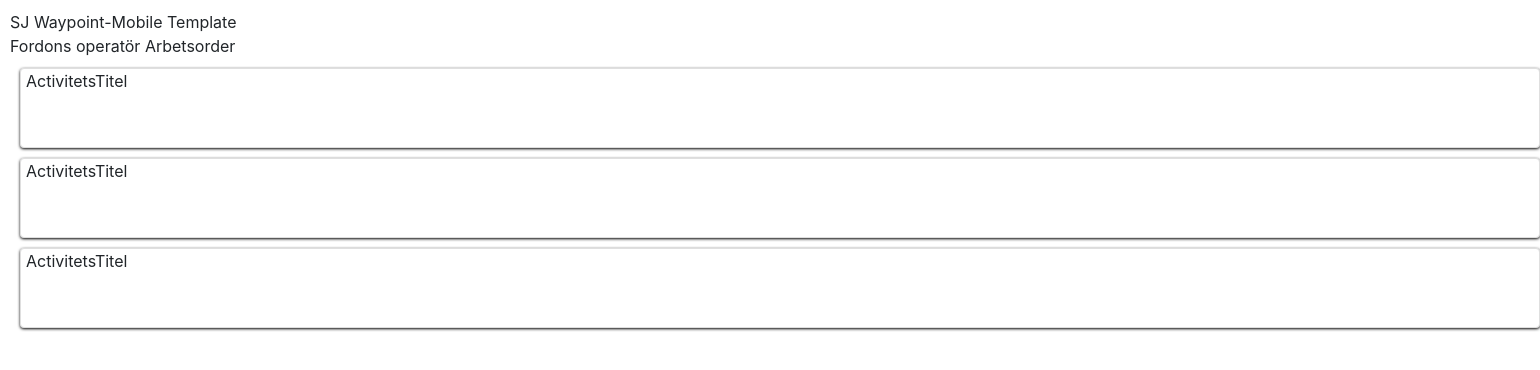
Repository: AdrianaLarsson/yarn-next-typescript
Page: /
These files come from the project's save history. The page is drawn as it stood at one moment and after a run of saves; the edit follows.
The browser window is 1280 px wide. The page is 1540 px wide, then 1280 px, so the pictures cover 1540 px, including what lies to the right of the window. The pictures show the whole page.
The project was rebuilt for these pictures with package versions that can differ from the ones it lists, and the page was loaded fresh each time. The framework's server and built-in components were replaced by stand-ins that run in the browser.

Above is the page before, as saved 2021-02-28 11:46:53.

After the next 5 saves:
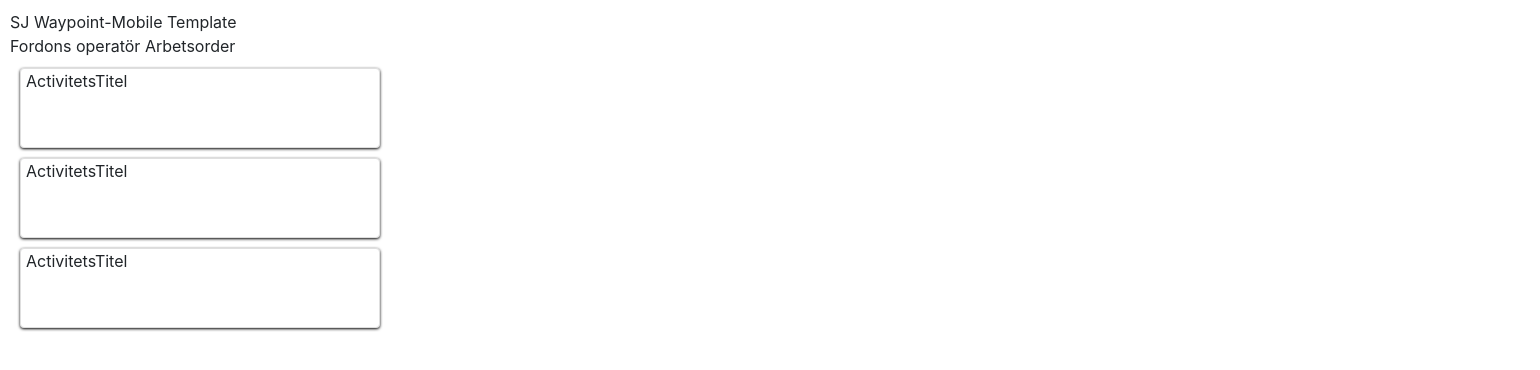
The 5 saves are shown as one change because they came seconds apart.
The last was saved 16 s later.
--- a/components/organisms/Card/Card.tsx
+++ b/components/organisms/Card/Card.tsx
@@ -14,7 +14,7 @@ background-color: rgba(0,0,0,0.0);
 box-shadow: 0 1px 3px 0 rgba(0,0,0, 1.5);
 border-radius: 4px;
 @media (min-width: 1024px) {
-    width: ${px2vw(380, 320)};
+    width: ${px2vw(90, 320)};
   }
 `;
 export default StyledCard;
